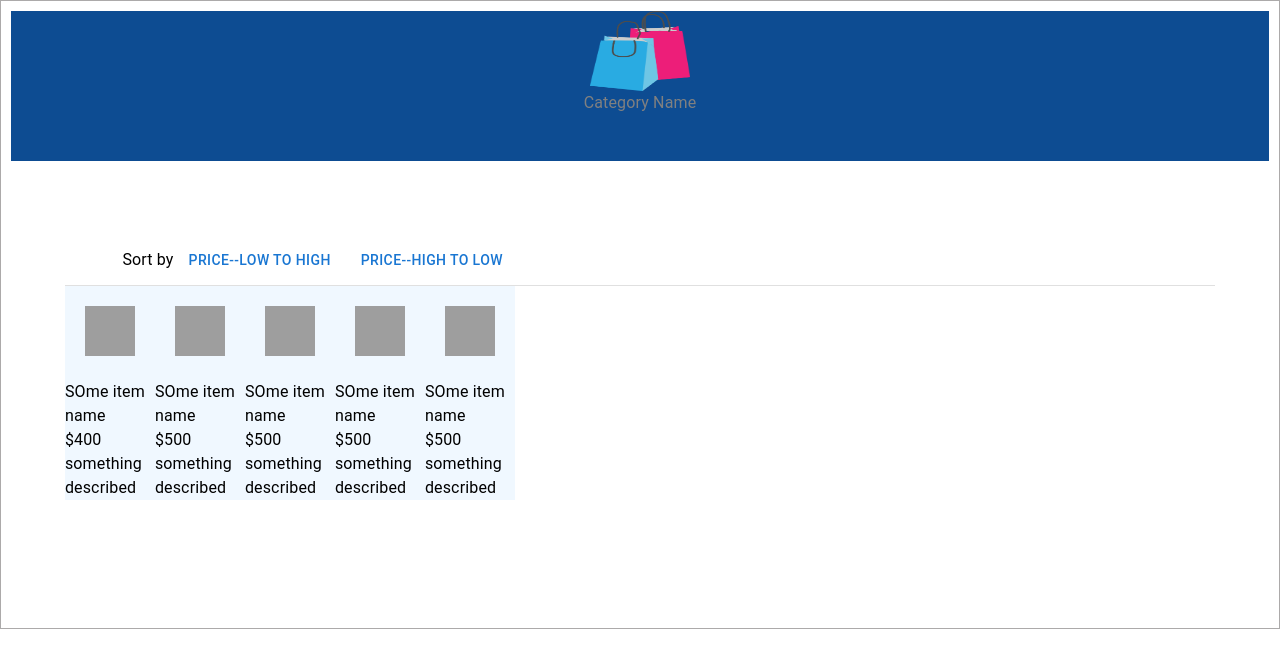
Repository: robin-fareye/reactjs-frontend-flipzone
Page: /
An editor plug-in stored every save of this project. The page is shown before and after the next save, followed by the edit.
The browser window is 1280 px wide. The pictures show the whole page.
Pictures or frames that could not be fetched are drawn as grey boxes. The project was rebuilt for these pictures with package versions that can differ from the ones it lists, and the page was loaded fresh each time. Also part of the build but not shown: src/App.css, src/component/auth/Login.css, src/api/Login.js, src/component/auth/Login.js, src/component/category/Category.js, src/component/header/Header.css, src/component/header/Header.js, src/component/helper/Slide.css and 7 more.

Above is the page before, as saved 2022-11-14 20:05:37.

### src/App.js
import React from 'react';
import './App.css';
import Login from './component/auth/Login';
import Category from './component/category/Category';
import Header from './component/header/Header';
import Home from './component/home/Home';
import Cart from './component/Cart/Cart';
import ProductCatalouge from './component/ProductCatalogue/ProductCatalouge';
import ProductDetails from './component/ProductDetails/ProductDetails';
import CheckoutPage from './component/Checkout/CheckoutPage';
import RetailerAddProduct from './component/retailer/RetailerAddProduct';
function App() {
  return (
    <div>

      <ProductCatalouge/>

    </div>
  );
}

export default App;

### src/component/ProductCatalogue/ProductCatalouge.js
import { Box, Typography, Grid, Button, Divider } from '@mui/material'
import React, { useState, useEffect } from 'react'
import './ProductCatalouge.css'

const ProductCatalouge = () => {

    const [sort, setSort] = useState("asc");

    const getCardItem=(item)=>{
        return (
        <Box className='card-container'>
            <img
            //style={{height:"60px"}}
            className='item-image'
            src='https://rukminim1.flixcart.com/image/416/416/kcgk1ow0/headphone/n/u/a/235v2-fast-charging-boat-original-imaftk6us4af7bca.jpeg?q=70'
            alt='item'
            />
            <Typography>{item.name}</Typography>
            <Typography>{item.price}</Typography>
            <Typography>{item.description}</Typography>
        </Box>
        )
    }
    const catagories=["cat1","cat2","cat3","cat4"]
    const items=[
        {
            name:"SOme item name",
            price:"$400",
            description:"something described"
        },
        {
            name:"SOme item name",
            price:"$500",
            description:"something described"
        },
        {
            name:"SOme item name",
            price:"$500",
            description:"something described"
        },
        {
            name:"SOme item name",
            price:"$500",
            description:"something described"
        },
        {
            name:"SOme item name",
            price:"$500",
            description:"something described"
        },
    ]

    return (
        <Box className='catagory-container'>
            <Box className='container-header'>
                <img
                    src={require('../../assets/logo.png')}
                    alt="category"
                    className="cat-image"
                    />
                <Typography className="cat-name">Category Name</Typography>
            </Box>
            <Box className='container-body'>
                <Grid item xs={4} sm={4} md={8} lg={12} xl={15}>
                    <Box className='sort'>
                        <Typography>Sort by</Typography>
                        {/* <Button onClick={() => setSort("popular")}>Popularity</Button> */}
                        <Button onClick={() => setSort("asc")}>Price--low to high</Button>
                        <Button onClick={() => setSort("desc")}>Price--high to low</Button>
                    </Box>
                    <Divider />
                    <Box className="inner-body">
                        {
                            items.sort((a, b) => sort === "asc" ? a.price - b.price : b.price - a.price)
                            .map((items) => {
                                return (
                                    getCardItem(items)
                                )
                            })
                        }
                    </Box>
                </Grid>
            </Box>
        </Box>
    )
}

export default ProductCatalouge

 {/* {
            items?.map((item)=>{
                return getCardItem(item)
            })
        } */}

### src/component/category/Category.css
.cat-component {
    /* background-color: #CFF5E7; */
    justify-content: 'space-between';
    margin: '55px 130px 0 130px';
    overflow-x: 'overlay';
    display: flex;
    flex-direction: row;
    padding:0, 50px;
    /* [theme.breakpoints.down('md')]: {
        margin: 0;
    } */
}

.cat-container {
    flex: 1;
    padding: '12px 8px';
    text-align: 'center';
    align-items: center;
    display: flex;
    flex-direction: column;
}

.cat-image {
    width: 100px;
    height: 100px;
}

.cat-text {
    font-size: 14;
    font-weight: 600;
    font-family: 'inherit';
    text-align: center;
}

### src/component/Cart/Cart.css
body{
    padding: 10px 70px;
}
.main-container{
    display: flex;
    height: 100vh;
}
.item-list{
    width: 65%;
}
.order-details{
    width: 35%;
}
.order-list-header{
    height: 60px;
    border: 1px solid rgb(172, 171, 171);

}
.item-count{
    font-weight: 800 !important;
    font-size: 22px !important;
    margin: 12px !important;
}
.card-list-container{
    margin-top: 10px;
    display: flex;
    height: 200px;
    border: 1px solid rgb(172, 171, 171);
    /* border-top: 0px; */
}
.image-and-count{
    width: 25%;
    display: flex;
    justify-content: center;
}
.description{
    padding: 10px;
    width: 75%;
}
.action-button-container{
    display: flex;
    align-items: center;
}
.counter{
    display: flex;
    height: 30px;
    width: 90px;
    border: 1px solid rgb(161, 159, 159);
    border-radius: 5px;
}
.add-box{
    width: 30px;
    display: flex;
    justify-content: center;
    align-items: center;
}
.remove-box{
    width: 30px;
    display: flex;
    justify-content: center;
    align-items: center;
}
.count-box{
    width: 30px;
    border-right:1px solid rgb(161, 159, 159);
    border-left:1px solid rgb(161, 159, 159);
    display: flex;
    justify-content: center;
    align-items: center;
}
.summery-card{
    border: 1px solid rgb(172, 171, 171);
    margin-left: 20px;

}
.summery-header{
    border-bottom: 1px solid rgb(172, 171, 171);
    height: 60px;
    display: flex;
    padding-left: 10px;
    align-items: center;
}
.summery-content{
    padding:12px;
}
.table-structure{
    margin-bottom: 20px;
    display: flex;
    justify-content: space-between;
}

### src/component/ProductCatalogue/ProductCatalouge.css
.main-catalouge-container {
    padding: 10px;
}
/*
.card-container {
    height: 12%;
    width: 10%;
    border: 1px solid black;
}

.image-item-catalouge {
    height: 200px;
    width: 50%;
} */

.catagory-container{
    border: 1px solid rgb(172, 170, 170);
    /* height: 170px; */
    /* width: 100%; */
    padding-bottom: 5%;
}
.container-header{
    background-color: #0D4C92;
    display: flex;
    height: 150px;
    flex-direction: column;
    align-items: center;
}
.cat-image{
    height: 80px;
}
.cat-name{
    font-weight: bold;
    font-size: 30px;
    color: gray;
}
.sort{
    display: flex;
    padding-left: 5%;
    align-items: center;
    height: 50px;
}
.sort > Typography {
    font-weight: bold;
    padding: 5px;
}
.sort > Button {
    border: none;
    padding: 5px;
    margin: 10px;
    background-color: white;
}
.inner-body{
    display: flex;
    height: 10%;
    width: 10%;
}
.card-container{
    flex-direction: column;
    background-color: aliceblue;
    justify-content: center;
    align-items: center;
}
.item-image{
    padding: 20px;
    width: 50px;
    height: 50px;
}
.card-container > Typography{
    width: 20%;
}
.container-body{
    padding: 5%;
}

### src/component/Checkout/CheckoutPage.css
body {
    padding: 0px;
    margin: 0px;
}

.checkout-container {
    display: flex;

}

.address-container {
    width: 50%;
    height: 60px;
    padding: 20px;
}

.payment-details {
    padding: 20px;
    width: 50%;
}

.address-table {
    border: 1px solid rgba(139, 138, 138, 0.664);
    padding: 20px;
    display: flex;
    flex-direction: column;
}

.checkout-fields {
    margin: 10px !important;
}

.payment-table {
    border: 1px solid rgba(139, 138, 138, 0.664);
    padding: 20px;
    display: flex;
    flex-direction: column;
    justify-content: center;
}

.order-button {

    width: 30%;
    margin-top: 20px !important;
    margin-left: 11px !important;
}

### src/component/retailer/RetailerAddProduct.css
.main-container{
    display: flex;
    flex-direction: column;
    align-items: center;
    justify-content: center;
}
.container-header{
    margin-bottom: 20px !important;
    margin: 10px !important;
}
.text-field{
    margin: 10px !important;
}
.add-button{
    margin-top: 10px !important;
    background-color: #0D4C92;
    color: aliceblue;
    font-weight: 600;
    margin: 10px !important;
}

Loaded but not shown: public/index.html (common file); src/index.js (common file); src/index.css (common file); src/reportWebVitals.js (common file)

After the next save:
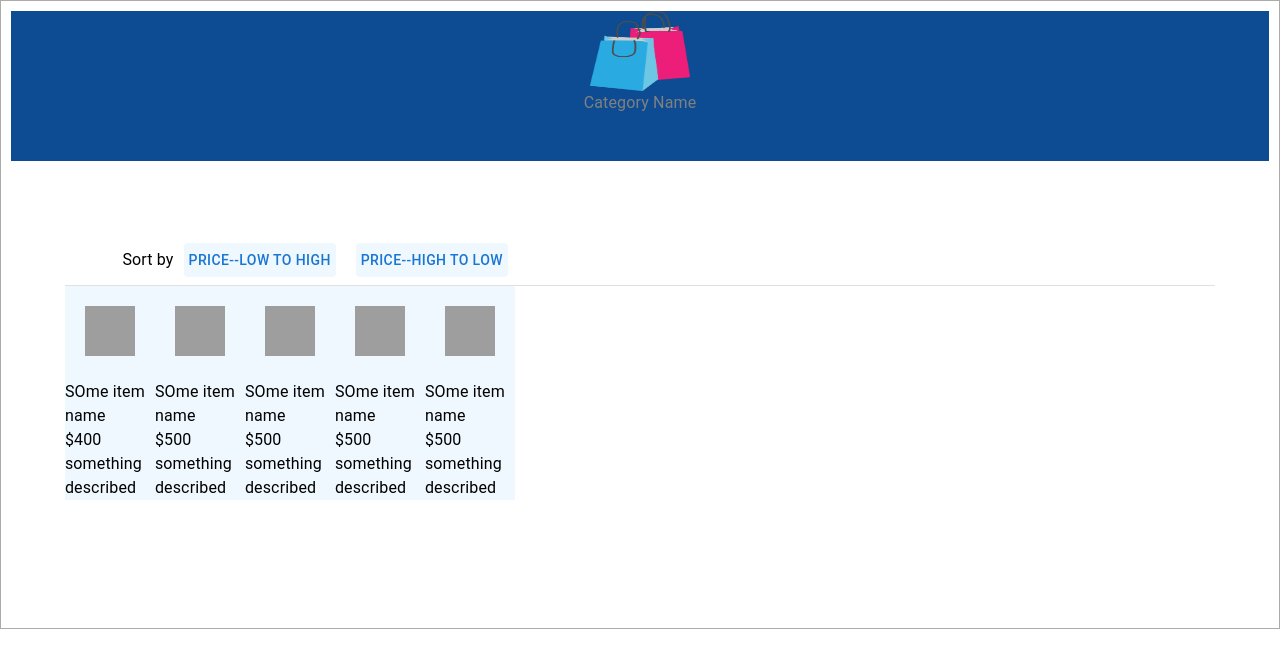
Saved 36 s later.
--- a/src/component/ProductCatalogue/ProductCatalouge.css
+++ b/src/component/ProductCatalogue/ProductCatalouge.css
@@ -48,7 +48,7 @@
     border: none;
     padding: 5px;
     margin: 10px;
-    background-color: white;
+    background-color: aliceblue;
 }
 .inner-body{
     display: flex;
